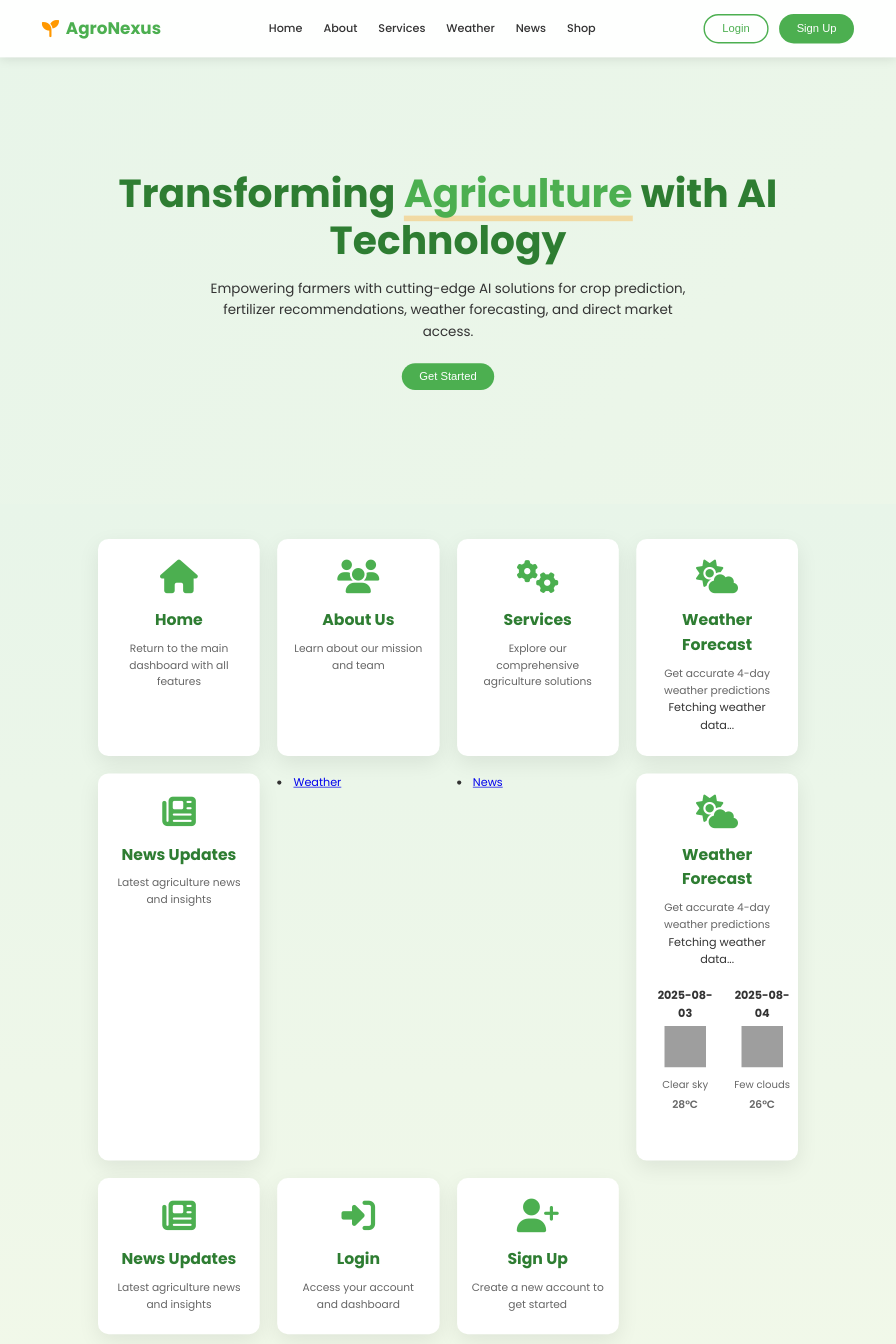
Repository: Sanika-ce/AgroNexus
Page: home.html
An editor plug-in stored every save of this project. The page is shown before and after the next save, followed by the edit.
The browser window is 1280 px wide. The pictures show the part of the page from y = 0 to 1920 px (the page is 3146 px tall before and 2811 px after), at 70% of full size.
Pictures or frames that could not be fetched are drawn as grey boxes.

Above is the page before, as saved 2025-08-02 19:58:37.

After the next save:
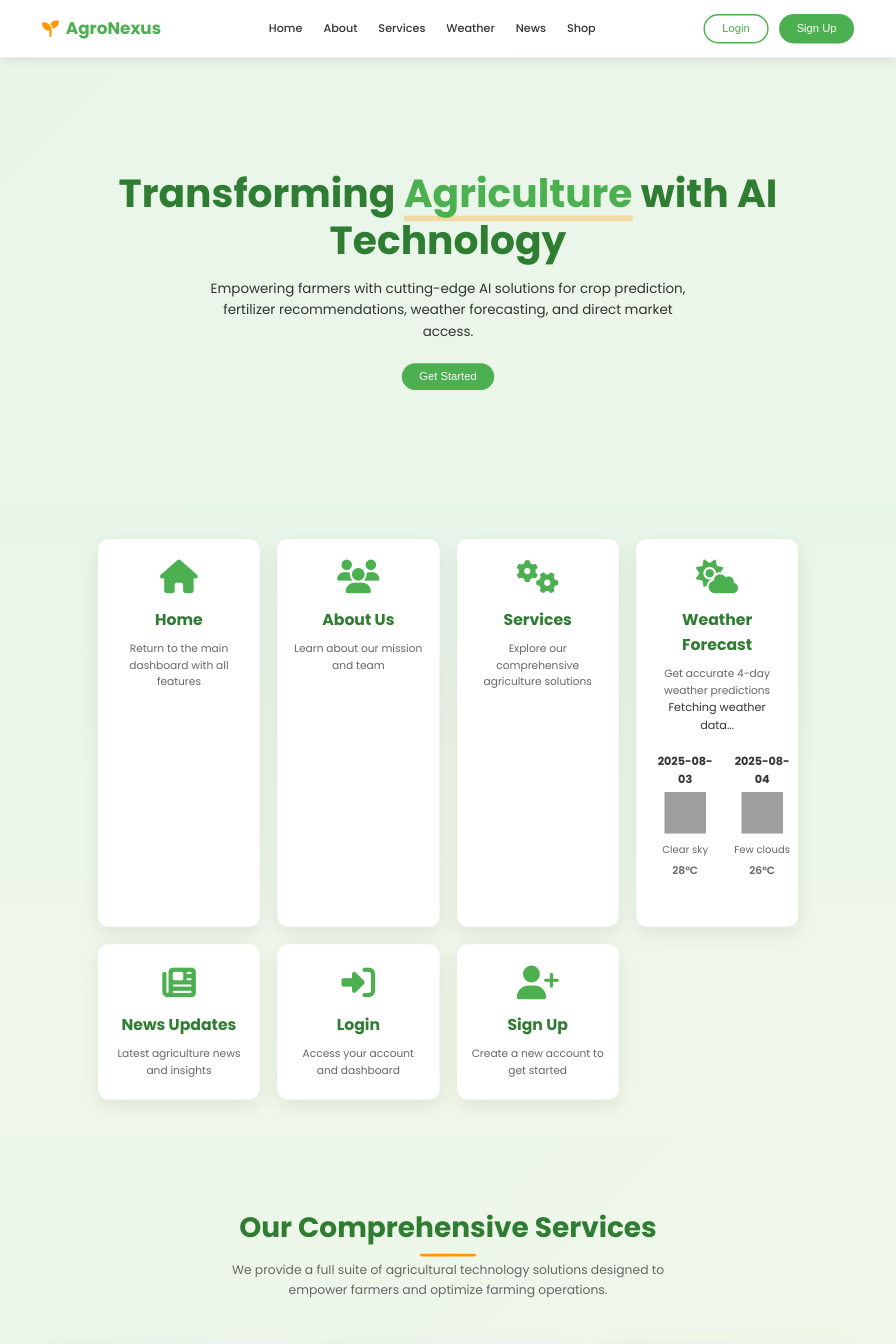
Saved 2 min 38 s later.
--- a/home.html
+++ b/home.html
@@ -85,6 +85,7 @@
                     <h3>Weather Forecast</h3>
                     <p>Get accurate 4-day weather predictions</p>
                       <div id="weather-container">Fetching weather data...</div>
+                      <div id="weather-cards" style="display:flex; gap:10px; margin-top:10px;"></div>
                 </div>
 
                 <!-- News Updates -->
@@ -94,24 +95,7 @@
                     <p>Latest agriculture news and insights</p>
                 </div>
 
-                <li><a href="#" id="nav-weather">Weather</a></li>
-<li><a href="#" id="nav-news">News</a></li>
-
-                <!-- Weather Forecast -->
-<div class="link-block" id="weather-link-block">
-    <i class="fas fa-cloud-sun"></i>
-    <h3>Weather Forecast</h3>
-    <p>Get accurate 4-day weather predictions</p>
-    <div id="weather-container">Fetching weather data...</div>
-    <div id="weather-cards" style="display:flex; gap:10px; margin-top:10px;"></div>
-</div>
-
-<!-- News Updates -->
-<div class="link-block" id="news-link-block">
-    <i class="fas fa-newspaper"></i>
-    <h3>News Updates</h3>
-    <p>Latest agriculture news and insights</p>
-</div>
+
 
                 <!-- Login -->
                 <div class="link-block" onclick="openLogin()">
